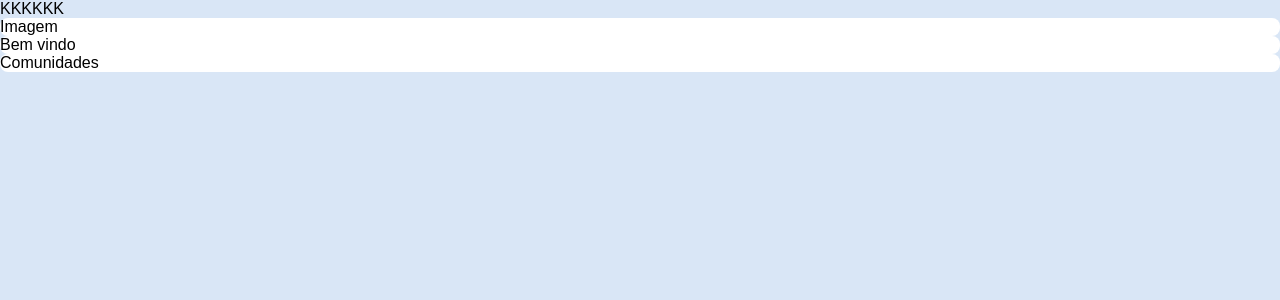
Repository: jminervino/alurakut
Page: /
The author's editor kept a copy of each file at every save. The page is drawn from the files as they stood at one save, then again after the next save.
The browser window is 1280 px wide. The pictures show the whole page.
The project was rebuilt for these pictures with package versions that can differ from the ones it lists, and the page was loaded fresh each time. The framework's server and built-in components were replaced by stand-ins that run in the browser. Also part of the build but not shown: next.config.js.

Above is the page before, as saved 2022-03-23 11:08:31.

After the next save:
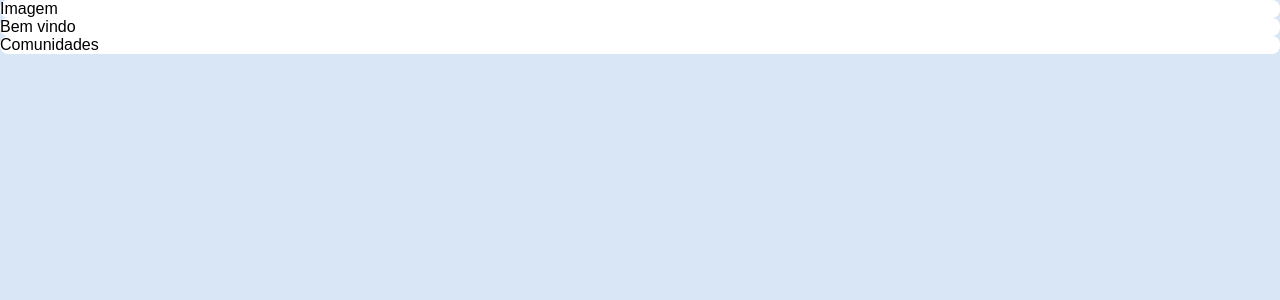
Saved 2 min 41 s later.
--- a/pages/index.js
+++ b/pages/index.js
@@ -13,7 +13,6 @@ const Box = styled.div`
 export default function Home() {
   return (
     <main>
-      KKKKKK
       <Box>
         Imagem
       </Box>
